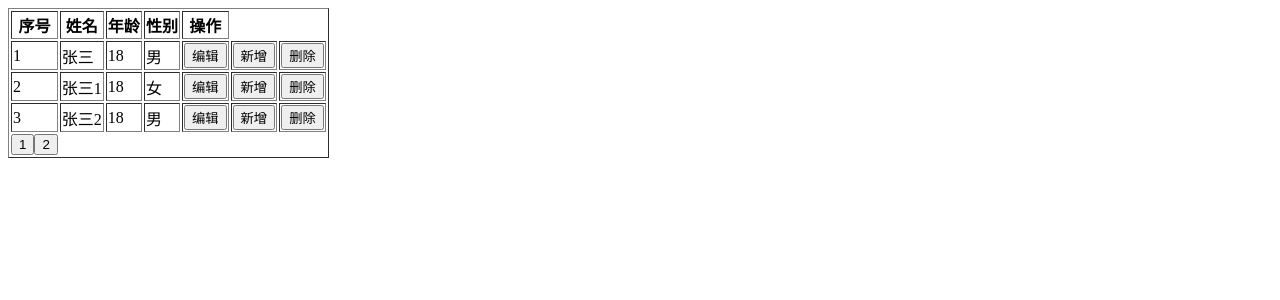
Repository: yuanritian1/5oproject50days
Page: 表格table/index.html
An editor plug-in stored every save of this project. The page is shown before and after the next save, followed by the edit.
The browser window is 1280 px wide. The pictures show the whole page.

Above is the page before, as saved 2022-09-03 17:06:55.

After the next save:
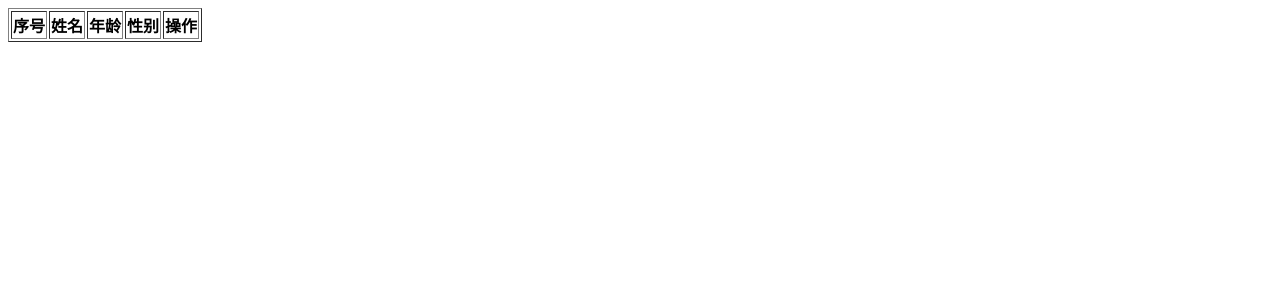
Console error: SyntaxError: missing ) after argument list
Saved 44 s later.
--- a/表格table/index.html
+++ b/表格table/index.html
@@ -104,6 +104,7 @@
             obj.age = btnGrounp[2].value
             obj.sex = btnGrounp[3].value
             DATE_ARR.push(obj)
+            console.log(fenye(DATE_ARR);
             jiequ(fenye(DATE_ARR))
         }
         if (type === 'edit') {

After the save that followed:
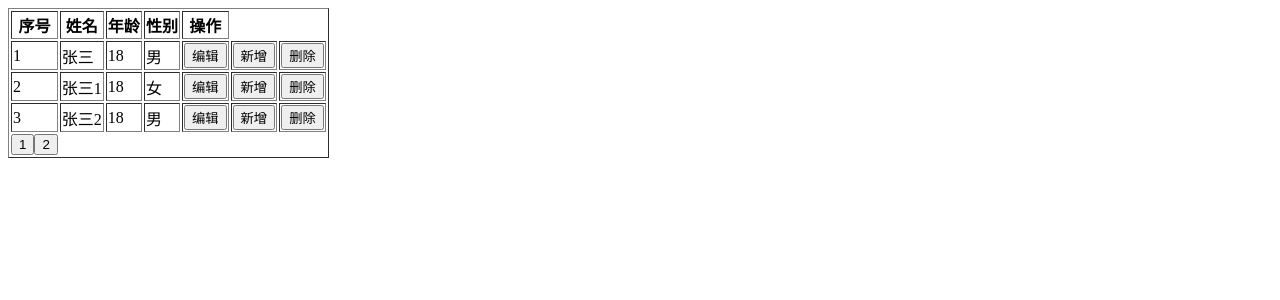
The error is gone.
Saved 8 s later.
--- a/表格table/index.html
+++ b/表格table/index.html
@@ -104,7 +104,7 @@
             obj.age = btnGrounp[2].value
             obj.sex = btnGrounp[3].value
             DATE_ARR.push(obj)
-            console.log(fenye(DATE_ARR);
+            console.log(fenye(DATE_ARR));
             jiequ(fenye(DATE_ARR))
         }
         if (type === 'edit') {
